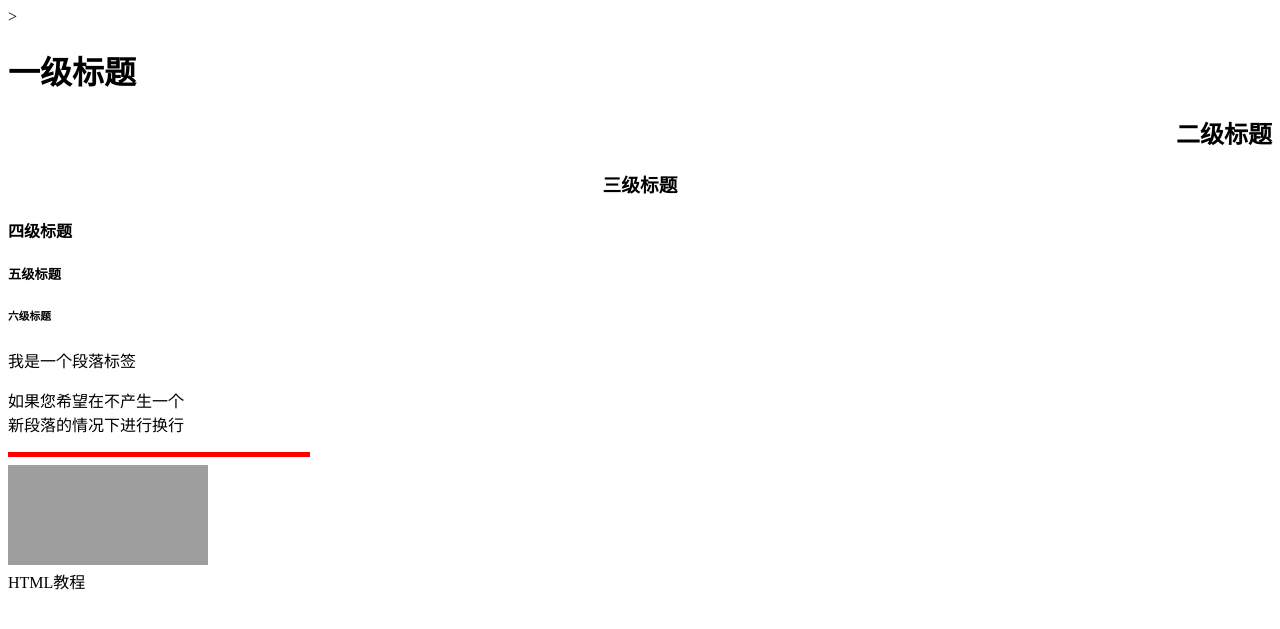
Repository: yuanliumaker/html-css-js
Page: hello.html
The author's editor kept a copy of each file at every save. The page is drawn from the files as they stood at one save, then again after the next save.
The browser window is 1280 px wide. The pictures show the whole page.
Pictures or frames that could not be fetched are drawn as grey boxes.

Above is the page before, as saved 2025-08-28 19:35:36.

After the next save:
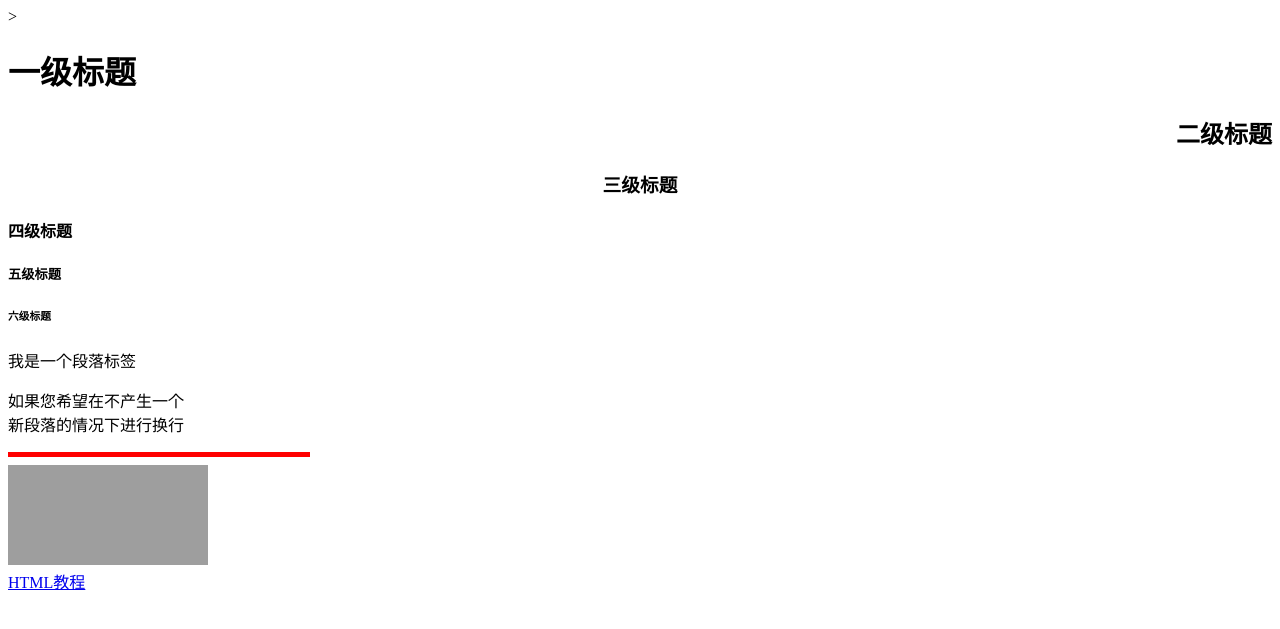
Saved 39 s later.
--- a/hello.html
+++ b/hello.html
@@ -24,7 +24,7 @@
     <br>
     <!---超文本链接
     使用标签<a>来设置超文本链接 href属性表示链接的地址-->
-    <a herf="https://www.baidu.com">HTML教程</a>
+    <a href="https://www.baidu.com">HTML教程</a>
 
 </body>
 </html>
